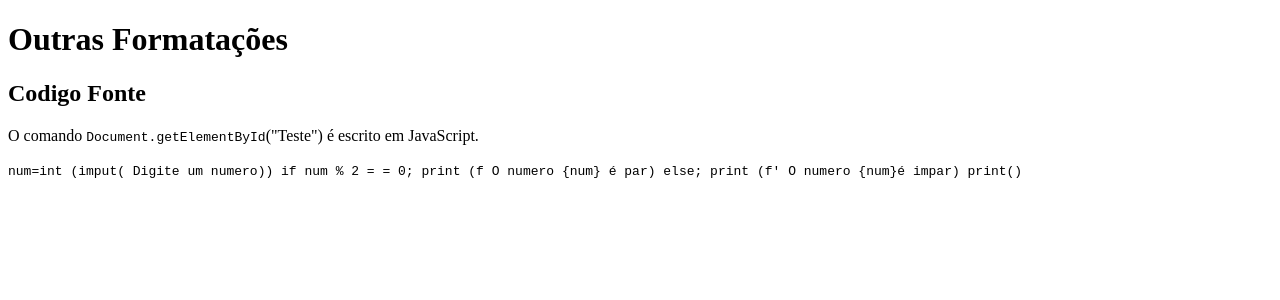
Repository: Guillermomarcon/exercicios
Page: ex009/index.html
These files come from the project's save history. The page is drawn as it stood at one moment and after the next save; the edit follows.
The browser window is 1280 px wide. The pictures show the whole page.

Above is the page before, as saved 2020-12-10 01:29:17.

After the next save:
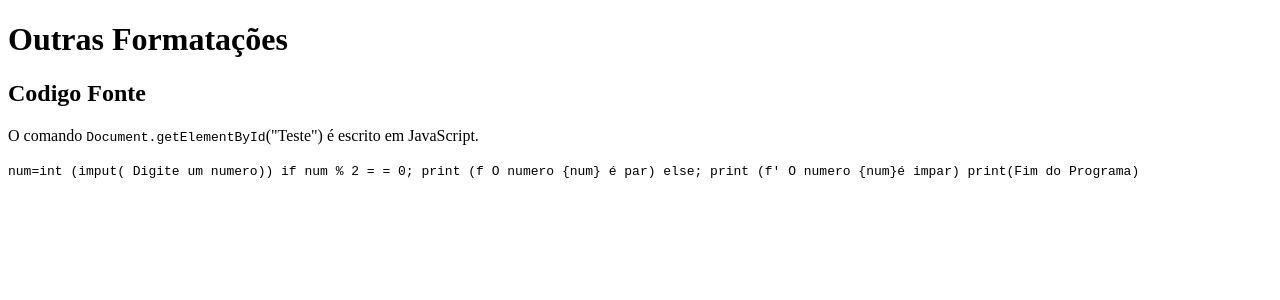
Saved 6 s later.
--- a/ex009/index.html
+++ b/ex009/index.html
@@ -16,7 +16,7 @@
             print (f O numero {num} é par)
             else;
             print (f' O numero {num}é impar)
-            print()
+            print(Fim do Programa)
         </code>
     </p>
 
